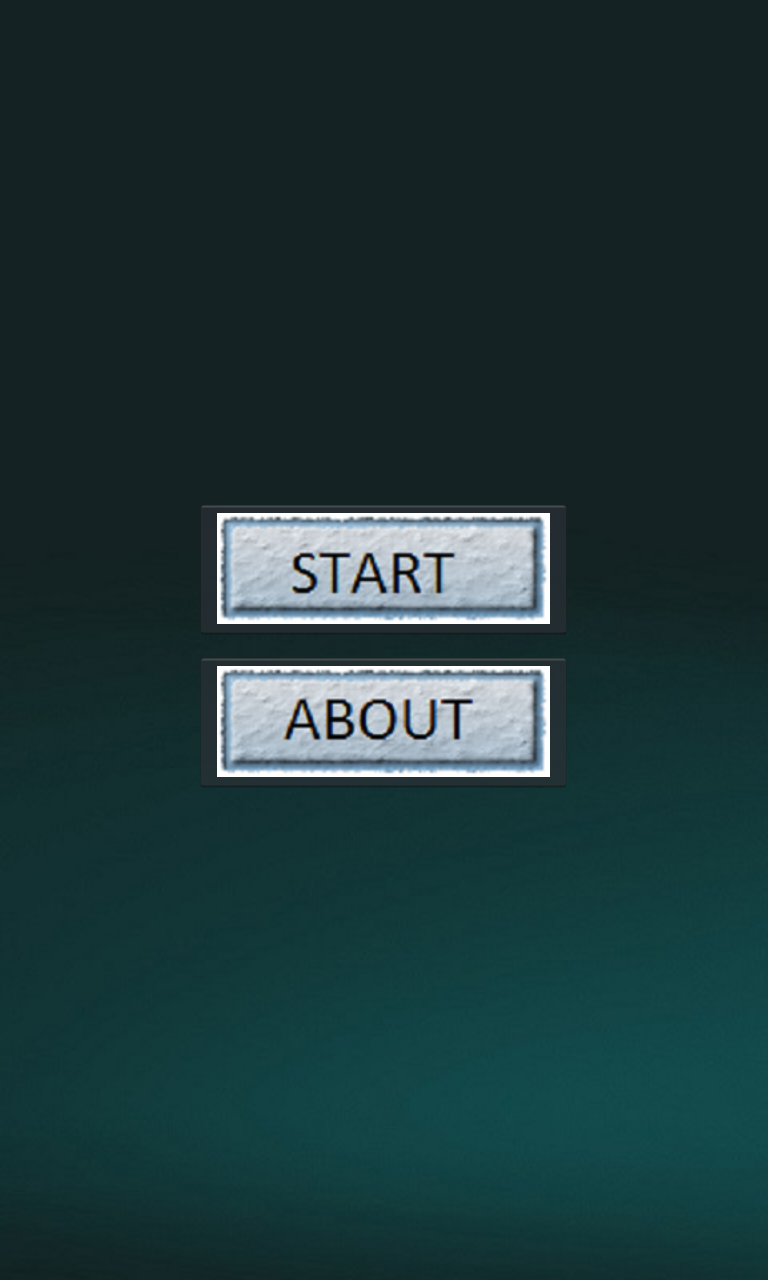
Repository: rohitchawla22/SebiQuiz
Layout: SebiQuiz/res/layout/main.xml
These files come from the project's save history. The layout is drawn as it stood at one moment and after a run of saves; the edit follows.
It is drawn on a 768 x 1280 px phone screen (xhdpi) without system bars, with theme android:Theme.Holo; the app's code is not run.

Above is the layout before, as saved 2014-06-12 06:21:10.

### SebiQuiz/res/layout/main.xml
<RelativeLayout xmlns:android="http://schemas.android.com/apk/res/android"
    xmlns:tools="http://schemas.android.com/tools"
    android:layout_width="match_parent"
    android:layout_height="match_parent"
    android:background="@drawable/backgroundmain"
    tools:context="${packageName}.${activityClass}" >

    <LinearLayout
        android:layout_width="match_parent"
        android:layout_height="match_parent"
        android:layout_alignParentLeft="true"
        android:layout_alignParentTop="true"
        android:gravity="center"
        android:orientation="vertical" >

        <ImageButton
            android:id="@+id/start"
            android:layout_width="wrap_content"
            android:layout_height="wrap_content"
            android:layout_margin="5dp"
            android:src="@drawable/button_start" />

        <ImageButton
            android:id="@+id/about"
            android:layout_width="wrap_content"
            android:layout_height="wrap_content"
            android:src="@drawable/button_about" />
    </LinearLayout>

</RelativeLayout>

After the next 2 saves:
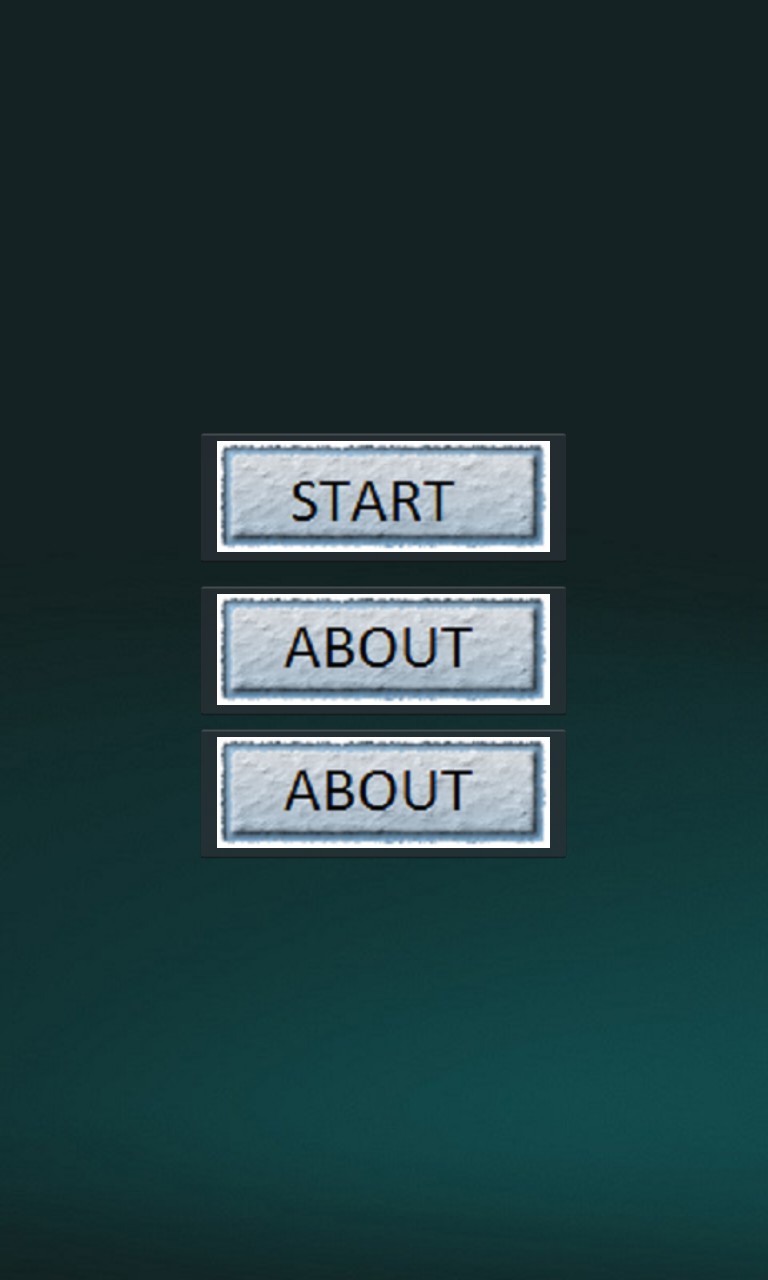
The 2 saves are shown as one change because 1 did not build or start.
The last was saved 115 s later.
--- a/SebiQuiz/res/layout/main.xml
+++ b/SebiQuiz/res/layout/main.xml
@@ -25,6 +25,12 @@
             android:layout_width="wrap_content"
             android:layout_height="wrap_content"
             android:src="@drawable/button_about" />
+        <ImageButton
+            android:id="@+id/faq"
+            android:layout_width="wrap_content"
+            android:layout_height="wrap_content"
+            android:src="@drawable/button_about" />
+
     </LinearLayout>
 
 </RelativeLayout>
